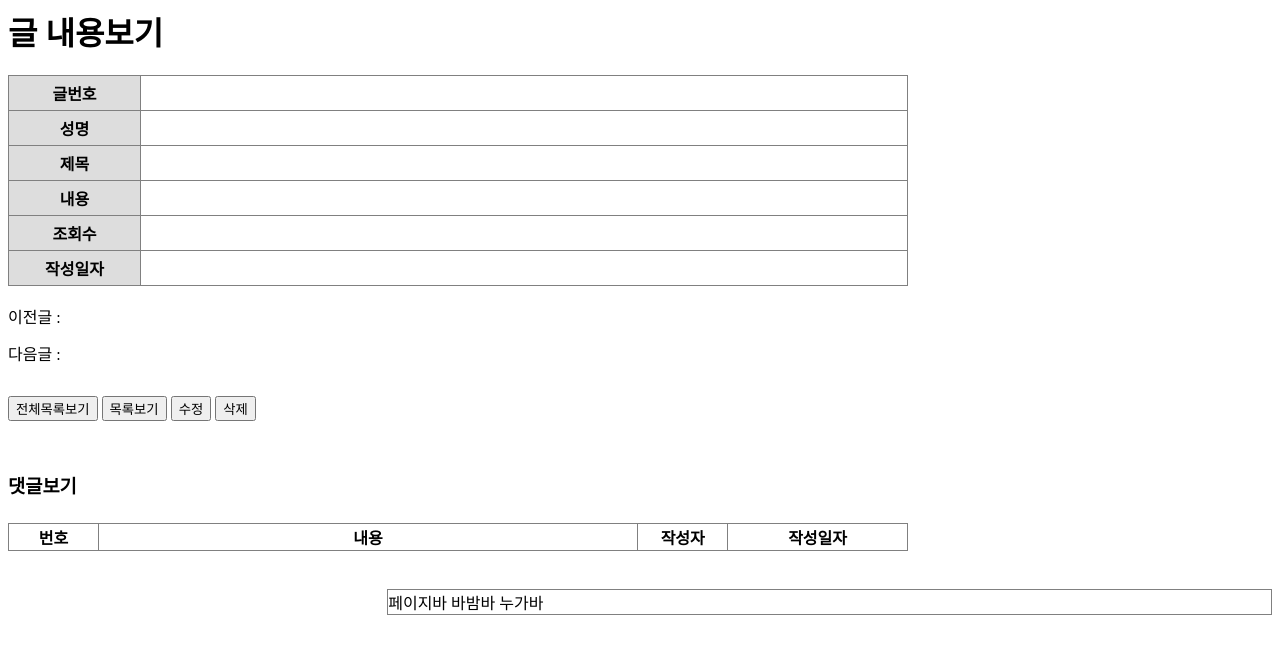
Repository: gold37/Spring
Page: http://localhost/Board/WEB-INF/views/tiles1/board/view.jsp
An editor plug-in stored every save of this project. The page is shown before and after the next save, followed by the edit.
The browser window is 1280 px wide. The pictures show the whole page.
The page is served by Tomcat 9. Nobody is signed in. Other server files are loaded and not shown. The template is opened directly, without the code that normally fills it, so the values that code supplies are empty.

Above is the page before, as saved 2020-07-24 00:17:26.
Console error: ReferenceError: $ is not defined

### springworkspace/Board/src/main/webapp/WEB-INF/views/tiles1/board/view.jsp
<%@ page language="java" contentType="text/html; charset=UTF-8"
    pageEncoding="UTF-8"%>

<%@ taglib prefix="c" uri="http://java.sun.com/jsp/jstl/core" %>

<style>

table, th, td, input, textarea {
	border: solid gray 1px;
}

#table, #table2 {
	border-collapse: collapse;
 	width: 900px;
}

#table th, #table td{padding: 5px;}
#table th{width: 120px; background-color: #DDDDDD;}
#table td{width: 750px;}
.long {width: 470px;}
.short {width: 120px;}

.move {cursor: pointer;}
.moveColor {font-weight: bold;}

a {text-decoration: none !important;}


</style>

<script type="text/javascript">

	$(document).ready(function(){

		$(".move").hover(function(){
						$(this).addClass("moveColor");
					},
					function(){
						$(this).removeClass("moveColor");
					});

		//goReadComment(); // 페이징 처리 안한 댓글 읽어오기
	      goViewComment("1"); //페이징 처리한 댓글 읽어오기

	}); // end of $(document).ready(function(){})----------------



	// === 댓글쓰기 === //
	function goAddWrite() {
		var frm = document.addWriteFrm;
		var contentVal = frm.content.value.trim();
		if(contentVal=="") {
			alert("댓글 내용을 입력하세요!!");
			return;
		}

		var form_data = $("form[name=addWriteFrm]").serialize();

		$.ajax({
			url:"<%= request.getContextPath()%>/addComment.action",
			data:form_data,
			type:"POST",
			dataType:"JSON",
			success:function(json){
				if(json.n == 1) {
				//	goReadComment(); // 페이징 처리 안한 댓글 읽어오기
				}
				else {
					alert("댓글쓰기 실패!!");
				}

				frm.content.value = "";
			},
			error: function(request, status, error){
				alert("code: "+request.status+"\n"+"message: "+request.responseText+"\n"+"error: "+error);
			}
		});

	}// end of function goAddWrite()----------------------


	// === 페이징 처리 안한 댓글 읽어오기  === //
	function goReadComment() {
		$.ajax({
			url:"<%= request.getContextPath()%>/readComment.action",
			data:{"parentSeq":"${boardvo.seq}"},
			dataType:"JSON",
			success:function(json){
				var html = "";
				if(json.length > 0) {
					$.each(json, function(index, item){
						html += "<tr>";
						html += "<td style='text-align: center;'>"+(index+1)+"</td>";
						html += "<td>"+item.content+"</td>";
						html += "<td style='text-align: center;'>"+item.name+"</td>";
						html += "<td style='text-align: center;'>"+item.regDate+"</td>";
						html += "</tr>";
					});
				}
				else {
					html += "<tr>";
					html += "<td colspan='4' style='text-align: center;'>댓글이 없습니다.</td>";
					html += "</tr>";
				}

				$("#commentDisplay").html(html);
			},
			error: function(request, status, error){
				alert("code: "+request.status+"\n"+"message: "+request.responseText+"\n"+"error: "+error);
			}
		});

	}// end of function goReadComment()--------------------



	// === #125. Ajax로 불러온 댓글내용을 페이징 처리하기  === //
	function goViewComment(currentShowPageNo) {
		$.ajax({
			url:"<%= request.getContextPath()%>/commentList.action",
			data:{"parentSeq":"${boardvo.seq}",
				  "currentShowPageNo":currentShowPageNo}, // 몇페이지를 보고싶은지
			dataType:"JSON",
			success:function(json){
				var html = "";
				if(json.length > 0) {
					$.each(json, function(index, item){
						html += "<tr>";
						html += "<td style='text-align: center;'>"+(index+1)+"</td>";
						html += "<td>"+item.content+"</td>";
						html += "<td style='text-align: center;'>"+item.name+"</td>";
						html += "<td style='text-align: center;'>"+item.regDate+"</td>";
						html += "</tr>";
					});
				}
				else {
					html += "<tr>";
					html += "<td colspan='4' style='text-align: center;'>댓글이 없습니다.</td>";
					html += "</tr>";
				}

				$("#commentDisplay").html(html);

				// 페이지바 함수 호출
				makeCommentPageBar(currentShowPageNo);
			},
			error: function(request, status, error){
				alert("code: "+request.status+"\n"+"message: "+request.responseText+"\n"+"error: "+error);
			}
		});

	}// end of function goReadComment()--------------------


	// === 댓글내용 페이지바 Ajax로 만들기 === //
	function makeCommentPageBar(currentShowPageNo) {

		$.ajax({
			url:"<%= request.getContextPath()%>/getCommentTotalPage.action",
			data:{"parentSeq":"${boardvo.seq}",
				  "sizePerPage":"5"},
			type:"GET",
			dataType:"JSON",
			success:function(json) {
			//	console.log("전체 페이지 수 : " + json.totalPage);

				if(json.totalPage > 0) {
					// 댓글이 있는 경우

				}
				else {
					// 댓글이 없는 경우
				}

			},
			error: function(request, status, error){
				alert("code: "+request.status+"\n"+"message: "+request.responseText+"\n"+"error: "+error);
			}

		});

	} // end of function makeCommentPageBar(currentShowPageNo) ---------------


</script>


<div style="">
	<h1>글 내용보기</h1>

	<table id="table" style="word-wrap: break-word; table-layout: fixted;">
		<tr>
			<th>글번호</th>
			<td>${boardvo.seq}</td>
		</tr>
		<tr>
			<th>성명</th>
			<td>${boardvo.name}</td>
		</tr>
		<tr>
			<th>제목</th>
			<td>${boardvo.subject}</td>
		</tr>
		<tr>
			<th>내용</th>
			<td>
				<p style="word-break: break-all;">${boardvo.content}</p>
				<%--
					style="word-break: break-all; 은 공백없는 긴영문일 경우 width 크기를 뚫고 나오는 것을 막는 것임.
					그런데 style="word-break: break-all; 나 style="word-wrap: break-word; 은
			       	테이블태그의 <td>태그에는 안되고 <p> 나 <div> 태그안에서 적용되어지므로 <td>태그에서 적용하려면
			    	<table>태그속에 style="word-wrap: break-word; table-layout: fixed;" 을 주면 된다.
				--%>
			</td>
		</tr>
		<tr>
			<th>조회수</th>
			<td>${boardvo.readCount}</td>
		</tr>
		<tr>
			<th>작성일자</th>
			<td>${boardvo.regDate}</td>
		</tr>
	</table>

	<br/>

	<div style="margin-bottom: 1%;">이전글&nbsp;:&nbsp;<span class="move" onclick="javascript:location.href='view.action?seq=${boardvo.previousseq}'">${boardvo.previoussubject}</span></div>
	<div style="margin-bottom: 1%;">다음글&nbsp;:&nbsp;<span class="move" onclick="javascript:location.href='view.action?seq=${boardvo.nextseq}'">${boardvo.nextsubject}</span></div>

	<br/>

	<button type="button" onclick="javascript:location.href='list.action'" >전체목록보기</button>

	<!-- === #124. === -->
	<button type="button" onclick="javascript:location.href='${gobackURL}'" >목록보기</button>

	<button type="button" onclick="javascript:location.href='edit.action?seq=${boardvo.seq}'" >수정</button>
	<button type="button" onclick="javascript:location.href='delete.action?seq=${boardvo.seq}'" >삭제</button>


	<!-- === #83. 댓글쓰기 폼 추가 === -->
	<c:if test="${not empty sessionScope.loginuser}">
		<h3 style="margin-top: 50px;">댓글쓰기 및 보기</h3>
		<form name="addWriteFrm" style="margin-top: 20px;">
			      <input type="hidden" name="fk_userid" value="${sessionScope.loginuser.userid}" />
			성명 : <input type="text" name="name" value="${sessionScope.loginuser.name}" class="short" readonly />
			&nbsp;&nbsp;
			댓글내용 : <input id="commentContent" type="text" name="content" class="long" />

			<!-- 댓글에 달리는 원게시물 글번호(즉, 댓글의 부모글 글번호) -->
			<input type="hidden" name="parentSeq" value="${boardvo.seq}" />

			<button id="btnComment" type="button" onclick="goAddWrite()">확인</button>
			<button type="reset">취소</button>
		</form>
	</c:if>
	<c:if test="${empty sessionScope.loginuser}">
		<h3 style="margin-top: 50px;">댓글보기</h3>
	</c:if>

	<!-- ===== #94. 댓글 내용 보여주기 ===== -->
	<table id="table2" style="margin-top: 2%; margin-bottom: 3%;">
		<thead>
		<tr>
		    <th style="width: 10%; text-align: center;">번호</th>
			<th style="width: 60%; text-align: center;">내용</th>
			<th style="width: 10%; text-align: center;">작성자</th>
			<th style="text-align: center;">작성일자</th>
		</tr>
		</thead>
		<tbody id="commentDisplay"></tbody>
	</table>

	<!-- === #134. 댓글 페이지바 === -->
	<div id="pageBar" style="border: solid 1px gray; margin-left: 30%;">
		페이지바 바밤바 누가바
	</div>

</div>

After the next save:
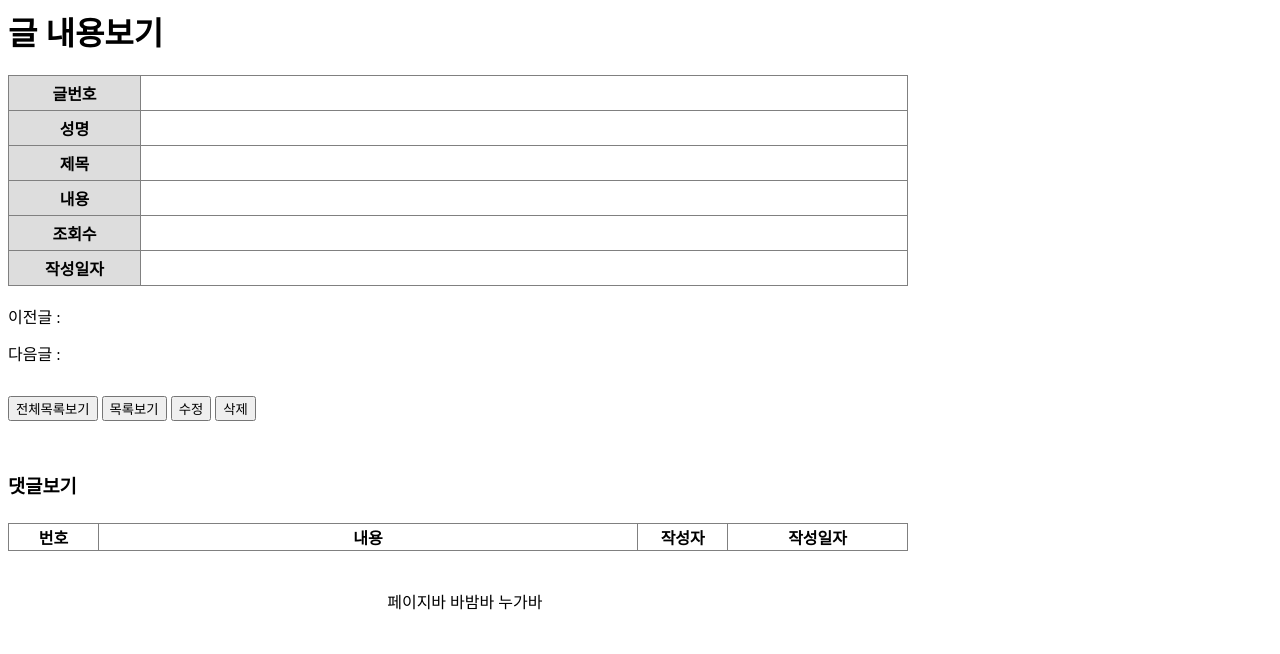
Saved 112 s later.
--- a/springworkspace/Board/src/main/webapp/WEB-INF/views/tiles1/board/view.jsp
+++ b/springworkspace/Board/src/main/webapp/WEB-INF/views/tiles1/board/view.jsp
@@ -274,7 +274,7 @@ a {text-decoration: none !important;}
 	</table>
 
 	<!-- === #134. 댓글 페이지바 === -->
-	<div id="pageBar" style="border: solid 1px gray; margin-left: 30%;">
+	<div id="pageBar" style="border: solid 0px gray; margin-left: 30%;">
 		페이지바 바밤바 누가바
 	</div>
 
